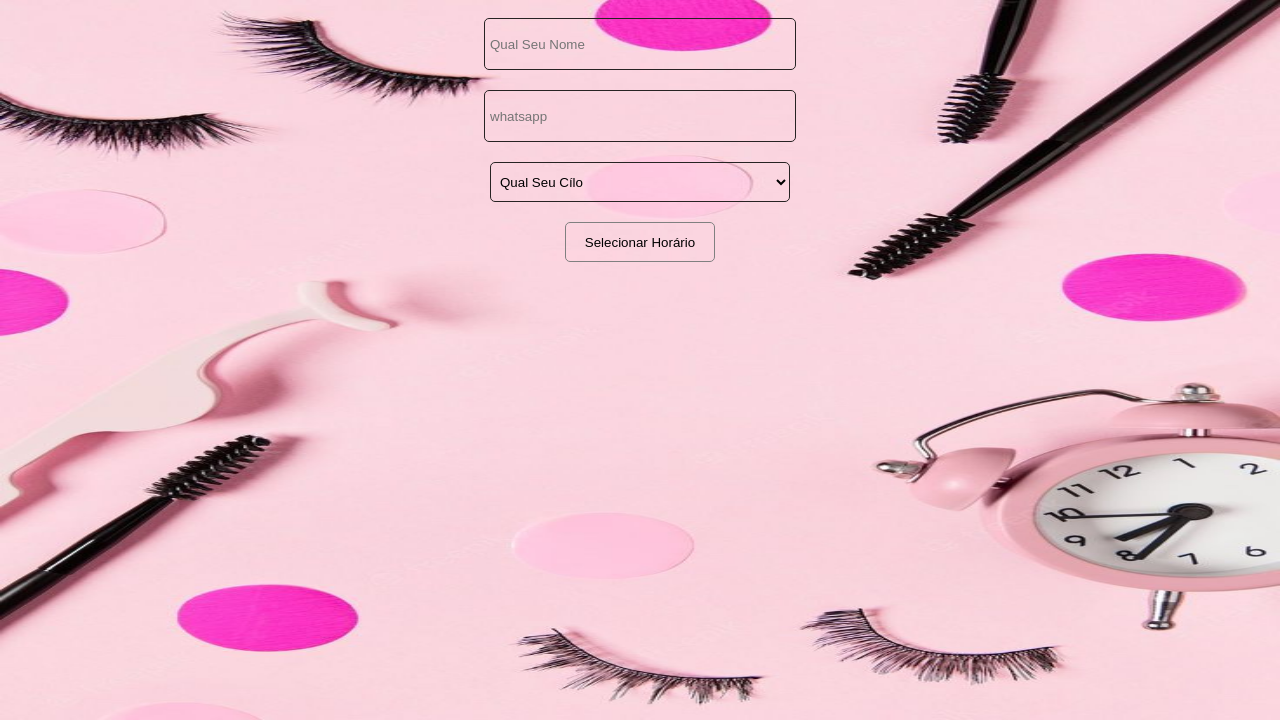
Repository: ketlyn-lash-designer/Ketlyn_Lash_Designer
Page: src/Pages/Home.html
An editor plug-in stored every save of this project. The page is shown before and after the next save, followed by the edit.
The browser window is 1280 px wide. The pictures show the whole page.

Above is the page before, as saved 2024-03-27 22:16:10.

### src/Pages/Home.html
<!DOCTYPE html>
<html lang="pt-BR">
  <head>
    <meta charset="UTF-8" />
    <meta name="viewport" content="width=device-width, initial-scale=1.0" />
    <link rel="stylesheet" href="../Styles/Home.css" />

    <title>ketlyn_lash_designer.com</title>
  </head>
  <body>
    <div class="form">
      <input placeholder="Qual Seu Nome" type="text" name="nome" />
      <input placeholder="whatsapp" type="text" name="whatsapp" />
      <select name="tipo_cilio">
        <option value="cilios_posticos">Qual Seu Cílo</option>
        <option value="curvex">Curvex</option>
      </select>
      <button>Selecionar Horário</button>
    </div>
  </body>
</html>

### src/Styles/Home.css
body {
  background-image: url("../images/lash_2.jpeg");
  background-size: 100% 100%;
  background-position: center;
  background-attachment: fixed;
  background-repeat: no-repeat;
}

.form {
  display: flex;
  flex-direction: column;
  justify-content: center;
  align-items: center;
}

input,
select {
  width: 300px;
  height: 40px;
  margin: 10px;
  padding: 5px;
  border: 1px solid rgb(39, 35, 35);
  border-radius: 5px;
  background-color: transparent;
}

button {
  width: 150px;
  height: 40px;
  margin: 10px;
  padding: 5px;
  background-color: transparent;
  border: 1px solid grey;
  border-radius: 5px;
}

button:hover {
  background-color: #f0f0f0;
}

After the next save:
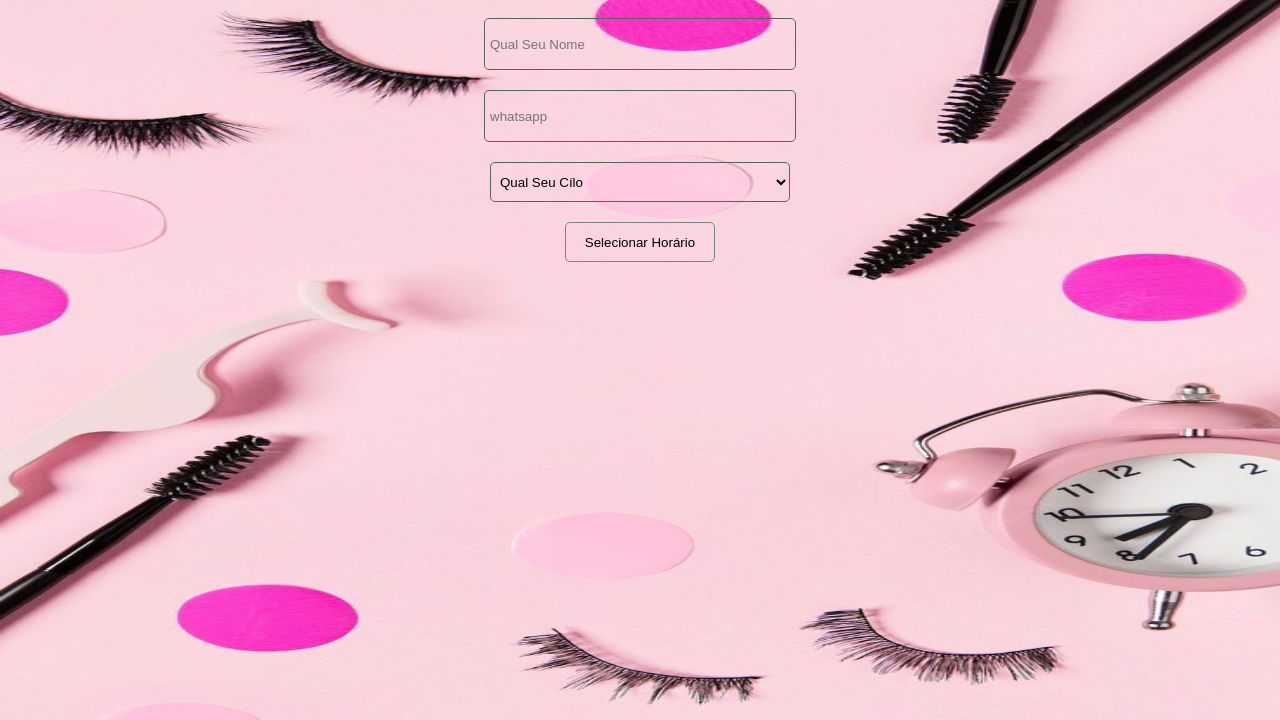
Saved 19 s later.
--- a/src/Styles/Home.css
+++ b/src/Styles/Home.css
@@ -19,7 +19,7 @@ select {
   height: 40px;
   margin: 10px;
   padding: 5px;
-  border: 1px solid rgb(39, 35, 35);
+  border: 1px solid rgb(97, 96, 96);
   border-radius: 5px;
   background-color: transparent;
 }
